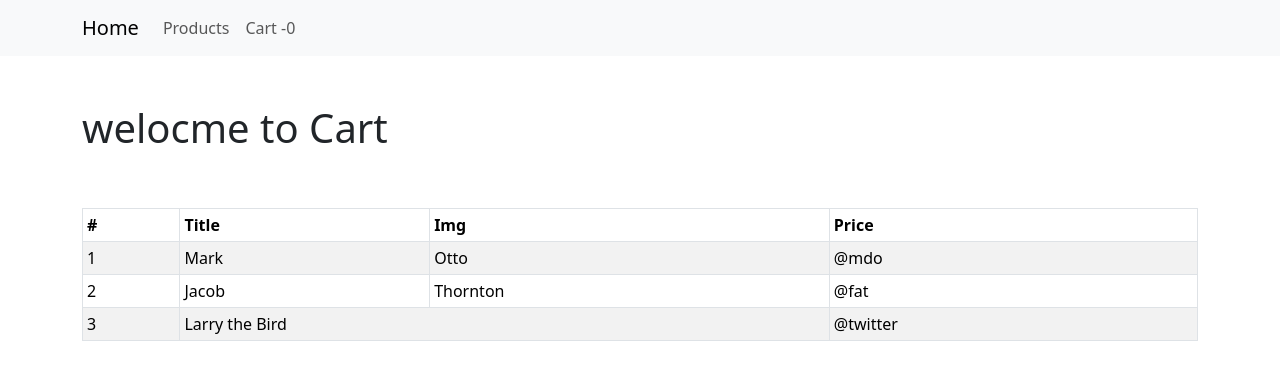
Repository: abdulrahmanmahmood/Basic-Cart-App-Using-Redux-Toolkit
Page: /cart
The author's editor kept a copy of each file at every save. The page is drawn from the files as they stood at one save, then again after a run of saves.
The browser window is 1280 px wide. The pictures show the whole page.
The project was rebuilt for these pictures with package versions that can differ from the ones it lists, and the page was loaded fresh each time. Also part of the build but not shown: src/App.css, src/components/Produc.js, src/App.js.

Above is the page before, as saved 2023-09-28 20:07:51.

### public/index.html
<!DOCTYPE html>
<html lang="en">
  <head>
    <meta charset="utf-8" />
    <link rel="icon" href="%PUBLIC_URL%/favicon.ico" />
    <meta name="viewport" content="width=device-width, initial-scale=1" />
    <meta name="theme-color" content="#000000" />
    <meta
      name="description"
      content="Web site created using create-react-app"
    />

    <title>React App</title>
  </head>
  <body>
    <div id="root"></div>

  </body>
</html>

### src/index.js
import React from "react";
import ReactDOM from "react-dom/client";
import "./index.css";
import App from "./App";
import "bootstrap/dist/css/bootstrap.min.css";
import { createBrowserRouter, RouterProvider } from "react-router-dom";
import AppNavbar from "./components/AppNavbar";
import Cart from "./components/Cart";
import { Provider } from "react-redux";
import {store} from './rtk/store';
const router = createBrowserRouter([
  {
    path: "/",
    element: <App />,
  },
  {
    path: "/cart",
    element: (
      <>
        <AppNavbar />
        <Cart />
      </>
    ),
  },
]);

const root = ReactDOM.createRoot(document.getElementById("root"));
root.render(
  <React.StrictMode>
    <Provider store={store}>
      <RouterProvider router={router}>
        <App />
      </RouterProvider>
    </Provider>
  </React.StrictMode>
);

### src/components/AppNavbar.js
import React, { useEffect } from "react";
import { Container, Nav, NavDropdown, Navbar } from "react-bootstrap";
import { useSelector } from "react-redux";
import { Link } from "react-router-dom";

function AppNavbar() {
  const Cart = useSelector((state)=>state.cart);

useEffect(()=>{

},[])
  return (
    <Navbar expand="lg" className="bg-body-tertiary">
      <Container>
        <Link className="navbar-brand" to="/">
          Home
        </Link>
        <Navbar.Toggle aria-controls="basic-navbar-nav" />
        <Navbar.Collapse id="basic-navbar-nav">
          <Nav className="me-auto">
            <Link className="nav-link" to="/">
              Products
            </Link>
            <Link className="nav-link" to="/cart">
              Cart -{Cart.length}
            </Link>
          </Nav>
        </Navbar.Collapse>
      </Container>
    </Navbar>
  );
}

export default AppNavbar;

### src/components/Cart.js
import React from 'react'
import { useDispatch } from 'react-redux'
import { deleteFromCart } from '../rtk/slicess/cart-slice'
import { Container, Table } from 'react-bootstrap'

function Cart() {
  const dispatch = useDispatch()
  return (
    <Container>
    <h1 className='py-5'>welocme to Cart</h1>
    <Table striped bordered hover size="sm">
      <thead>
        <tr>
          <th>#</th>
          <th>Title</th>
          <th>Img</th>
          <th>Price</th>
        </tr>
      </thead>
      <tbody>
        <tr>
          <td>1</td>
          <td>Mark</td>
          <td>Otto</td>
          <td>@mdo</td>
        </tr>
        <tr>
          <td>2</td>
          <td>Jacob</td>
          <td>Thornton</td>
          <td>@fat</td>
        </tr>
        <tr>
          <td>3</td>
          <td colSpan={2}>Larry the Bird</td>
          <td>@twitter</td>
        </tr>
      </tbody>
    </Table>
    </Container>
  )
}

export default Cart

### src/rtk/store.js
import { configureStore } from '@reduxjs/toolkit'
import productsReducer from './slicess/products-slice'
import CartReducer from './slicess/cart-slice';

export const store = configureStore({
  reducer: {
    products:productsReducer,
    cart:CartReducer,
  },
})

### src/rtk/slicess/cart-slice.js
import { createSlice } from "@reduxjs/toolkit";

const cartSlice = createSlice({
  name:"cartSlice",
  initialState:[],
  reducers:{
    AddToCart:(state,action)=>{
      state = state.push(action.payload);
    },
    deleteFromCart:(state,actoin)=>{
      state = state.pop(actoin.payload);
    },
    clearCart:(state, actoin)=>{
      state = 0
    }
  },
  extraReducers:(builder)=>{}
});

export const {AddToCart, deleteFromCart, clearCart} = cartSlice.actions;
export default cartSlice.reducer;

### src/rtk/slicess/products-slice.js
import { createAsyncThunk, createSlice } from "@reduxjs/toolkit";


export const fetchProducts = createAsyncThunk("productsSlice/fetchProducts", async ()=>{
  const res = await fetch("https://fakestoreapi.com/products");
  const data = await res.json();
  return data;
})

const productsSlice = createSlice({
  name:"productsSlice",
  initialState:[],
  reducers:{

  },
  extraReducers:(builder)=>{
    builder.addCase(fetchProducts.pending,(state,action)=>{

    });
  builder.addCase(fetchProducts.fulfilled,(state,action)=>{
    return action.payload
  });
  builder.addCase(fetchProducts.rejected, (state,action)=>{

  })

  }
})

export const {} = productsSlice.actions;

export default productsSlice.reducer;

Loaded but not shown: src/index.css (common file)

After the next 2 saves:
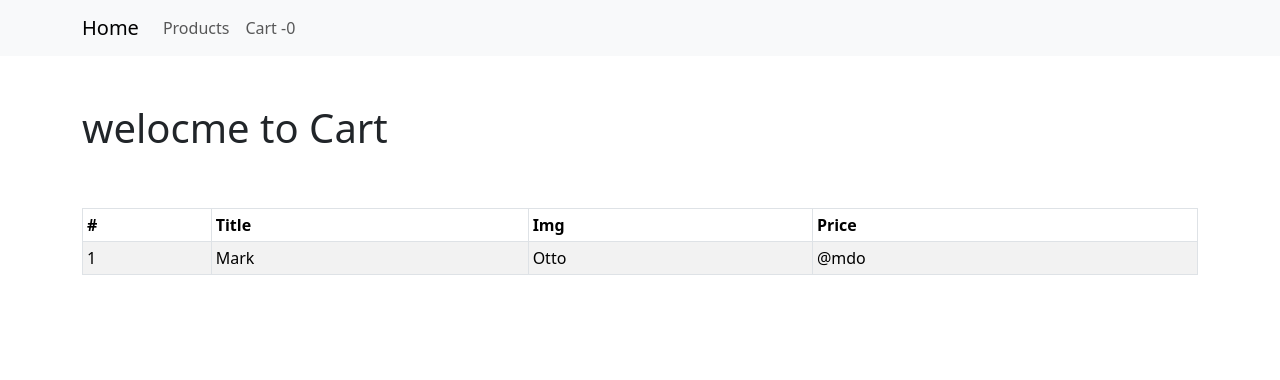
The 2 saves are shown as one change because they came seconds apart.
The last was saved 21 s later.
--- a/src/components/Cart.js
+++ b/src/components/Cart.js
@@ -18,23 +18,14 @@ function Cart() {
         </tr>
       </thead>
       <tbody>
+        {}
         <tr>
           <td>1</td>
           <td>Mark</td>
           <td>Otto</td>
           <td>@mdo</td>
         </tr>
-        <tr>
-          <td>2</td>
-          <td>Jacob</td>
-          <td>Thornton</td>
-          <td>@fat</td>
-        </tr>
-        <tr>
-          <td>3</td>
-          <td colSpan={2}>Larry the Bird</td>
-          <td>@twitter</td>
-        </tr>
+
       </tbody>
     </Table>
     </Container>
